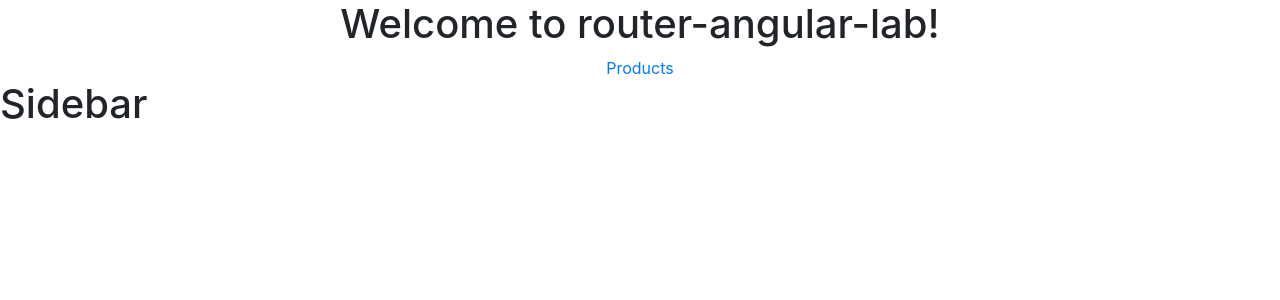
Repository: desalab/router-angular-lab
Page: /
An editor plug-in stored every save of this project. The page is shown before and after the next save, followed by the edit.
The browser window is 1280 px wide. The pictures show the whole page.
The project was rebuilt for these pictures with package versions that can differ from the ones it lists, and the page was loaded fresh each time. Also part of the build but not shown: angular.json, src/app/product-list/product-list.component.ts, src/app/models/product.ts, src/app/product-detail/product-detail.component.ts, src/app/product-list-sidebar/product-list-sidebar.component.ts, src/app/home/home.component.ts.

Above is the page before, as saved 2018-12-06 00:51:20.

### src/index.html
<!doctype html>
<html lang="en">
<head>
  <meta charset="utf-8">
  <title>RouterAngularLab</title>
  <base href="/">

  <meta name="viewport" content="width=device-width, initial-scale=1">
  <link rel="icon" type="image/x-icon" href="favicon.ico">
  <link rel="stylesheet" href="https://stackpath.bootstrapcdn.com/bootstrap/4.1.3/css/bootstrap.min.css" integrity="sha384-MCw98/SFnGE8fJT3GXwEOngsV7Zt27NXFoaoApmYm81iuXoPkFOJwJ8ERdknLPMO" crossorigin="anonymous">

</head>
<body>
  <app-root></app-root>
</body>
</html>

### src/app/app-routing.module.ts
import { NgModule } from '@angular/core';
import { Routes, RouterModule } from '@angular/router';
import { ProductListComponent } from './product-list/product-list.component';
import { ProductDetailComponent } from './product-detail/product-detail.component';
import { SidebarComponent } from './sidebar/sidebar.component';
import { ProductListSidebarComponent } from './product-list-sidebar/product-list-sidebar.component';

const routes: Routes = [
  { path: 'products', component: ProductListComponent },
  { path: 'product/:id', component: ProductDetailComponent },
  {
    path: '',
    component: SidebarComponent,
    outlet: 'sidebar'
  },
  {
    path: 'products',
    component: ProductListSidebarComponent,
    outlet: 'sidebar'
  }
];

@NgModule({
  imports: [RouterModule.forRoot(routes)],
  exports: [RouterModule]
})
export class AppRoutingModule { }

### src/app/app.component.ts
import { Component } from '@angular/core';

@Component({
  selector: 'app-root',
  templateUrl: './app.component.html',
  styleUrls: ['./app.component.css']
})
export class AppComponent {
  title = 'router-angular-lab';
}

### src/app/app.component.html
<!--The content below is only a placeholder and can be replaced.-->
<div style="text-align:center">
	<h1>
		Welcome to {{ title }}!
	</h1>

	<a [routerLink]="[{ outlets: { primary: ['products'],sidebar: ['products'] } }]">
		Products
	</a>

</div>

<div>
	<div style="float:right">
		<router-outlet></router-outlet>
	</div>
	<div style="float:left">
		<router-outlet name="sidebar"></router-outlet>
	</div>
</div>

### src/app/sidebar/sidebar.component.html
<h1>
  Sidebar
</h1>

Loaded but not shown: src/styles.css (common file); src/main.ts (common file); src/app/app.module.ts (common file); src/environments/environment.ts (common file); src/app/sidebar/sidebar.component.ts (common file); src/app/app.component.css (no stored copy; drawn as an empty file); src/app/sidebar/sidebar.component.css (no stored copy; drawn as an empty file)

After the next save:
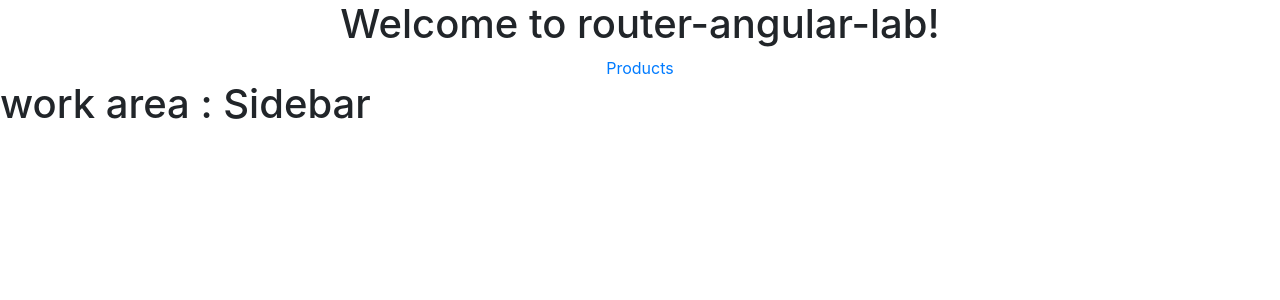
Saved 5 min 7 s later.
--- a/src/app/sidebar/sidebar.component.html
+++ b/src/app/sidebar/sidebar.component.html
@@ -1,3 +1,3 @@
 <h1>
-  Sidebar
+  work area : Sidebar
 </h1>
